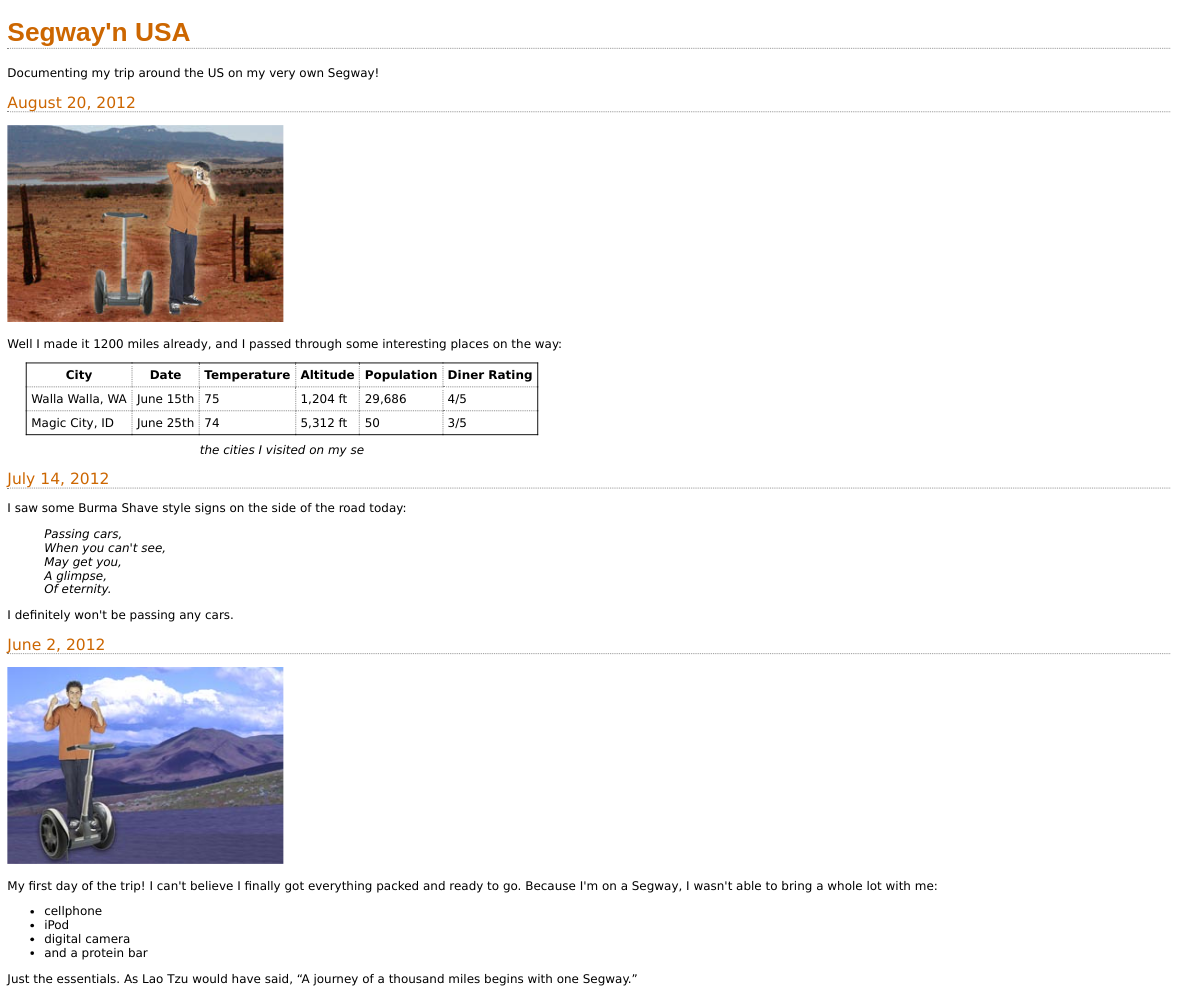
Repository: Dearning/head-first-html-css
Page: chapter13/journal/journal.html
An editor plug-in stored every save of this project. The page is shown before and after the next save, followed by the edit.
The browser window is 1280 px wide. The pictures show the whole page, at 92% of full size.
Some web fonts or font styles are not loaded; a fallback is used.

Above is the page before, as saved 2021-09-29 11:57:10.

### chapter13/journal/journal.html
<!DOCTYPE html>
<html>
  <head>
    <meta charset="utf-8">
    <title>My Trip Around the USA on a Segway</title>
    <link type="text/css" rel="stylesheet" href="journal.css">
  </head>
  <body>

    <h1>Segway'n USA</h1>
    <p>
      Documenting my trip around the US on my very own Segway!
    </p>

    <h2>August 20, 2012</h2>
    <p><img src="images/segway2.jpg" alt="Me any my Segway in New Mexico"></p>
    <p>
      Well I made it 1200 miles already, and I passed
      through some interesting places on the way:
    </p>
    <table>
      <caption>
        the cities I visited on my se
      </caption>
      <tr>
        <th>City</th>
        <th>Date</thshengdu >
        <th>Temperature</th>
        <th>Altitude</th>
        <th>Population</th>
        <th>Diner Rating</th>
      </tr>
      <tr>
        <td>Walla Walla, WA</td>
        <td class="mid">June 15th</td>
        <td class="mid">75</td>
        <td class="right">1,204 ft</td>
        <td class="right">29,686</td>
        <td class="mid">4/5</td>
      </tr>
      <tr>
        <td>Magic City, ID</td>
        <td class="mid">June 25th</td>
        <td class="mid">74</td>
        <td class="right">5,312 ft</td>
        <td class="right">50</td>
        <td class="mid">3/5</td>
      </tr>
    </table>

    <h2>July 14, 2012</h2>
    <p>
      I saw some Burma Shave style signs on the side of the
      road today:
    </p>
    <blockquote>
      <p>
      Passing cars, <br>
      When you can't see, <br>
      May get you, <br>
      A glimpse, <br>
      Of eternity. <br>
      </p>
    </blockquote>
    <p>
      I definitely won't be passing any cars.
    </p>

    <h2>June 2, 2012</h2>
    <p><img src="images/segway1.jpg" alt="The first day of the trip"></p>
    <p>
      My first day of the trip!  I can't believe I finally got
      everything packed and ready to go.  Because I'm on a Segway,
      I wasn't able to bring a whole lot with me:
    </p>
    <ul>
      <li>cellphone</li>
      <li>iPod</li>
      <li>digital camera</li>
      <li>and a protein bar</li>
    </ul>
    <p>
       Just the essentials.  As
      Lao Tzu would have said, <q>A journey of a
      thousand miles begins with one Segway.</q>
    </p>
<!--
	<p>
	  To do list:
	</p>
	<ul>
	  <li>Charge Segway</li>
	  <li>Pack for trip
		<ul>
		<li>cellphone</li>
		<li>iPod</li>
		<li>digital camera</li>
		<li>a protein bar</li>
		</ul>
	  </li>
	</ul>
-->
  </body>
</html>

### chapter13/journal/journal.css
@font-face {
	font-family: "Emblema One";
	src: url("http://wickedlysmart.com/hfhtmlcss/chapter8/journal/EmblemaOne-Regular.woff"),
	     url("http://wickedlysmart.com/hfhtmlcss/chapter8/journal/EmblemaOne-Regular.ttf");
}
body {
  font-family:     Verdana, Geneva, Arial, sans-serif;
  font-size:       small;
}
h1, h2 {
  color:           #cc6600;
  border-bottom:   thin dotted #888888;
}
h1 {
  font-family:     "Emblema One", sans-serif;
  font-size:       220%;
}
h2 {
  font-size:       130%;
  font-weight:     normal;
}
blockquote {
  font-style:      italic;
}
table{
  margin-left: 20px;
  margin-right: 20px;
  border: thin solid black;
  caption-side: bottom;
  /* border-spacing: 0px; */
  border-collapse: collapse;
}
td, th{
  border: thin dotted gray;
  padding: 5px;
}
caption{
  font-style: italic;
  padding-top: 8px;
}

After the next save:
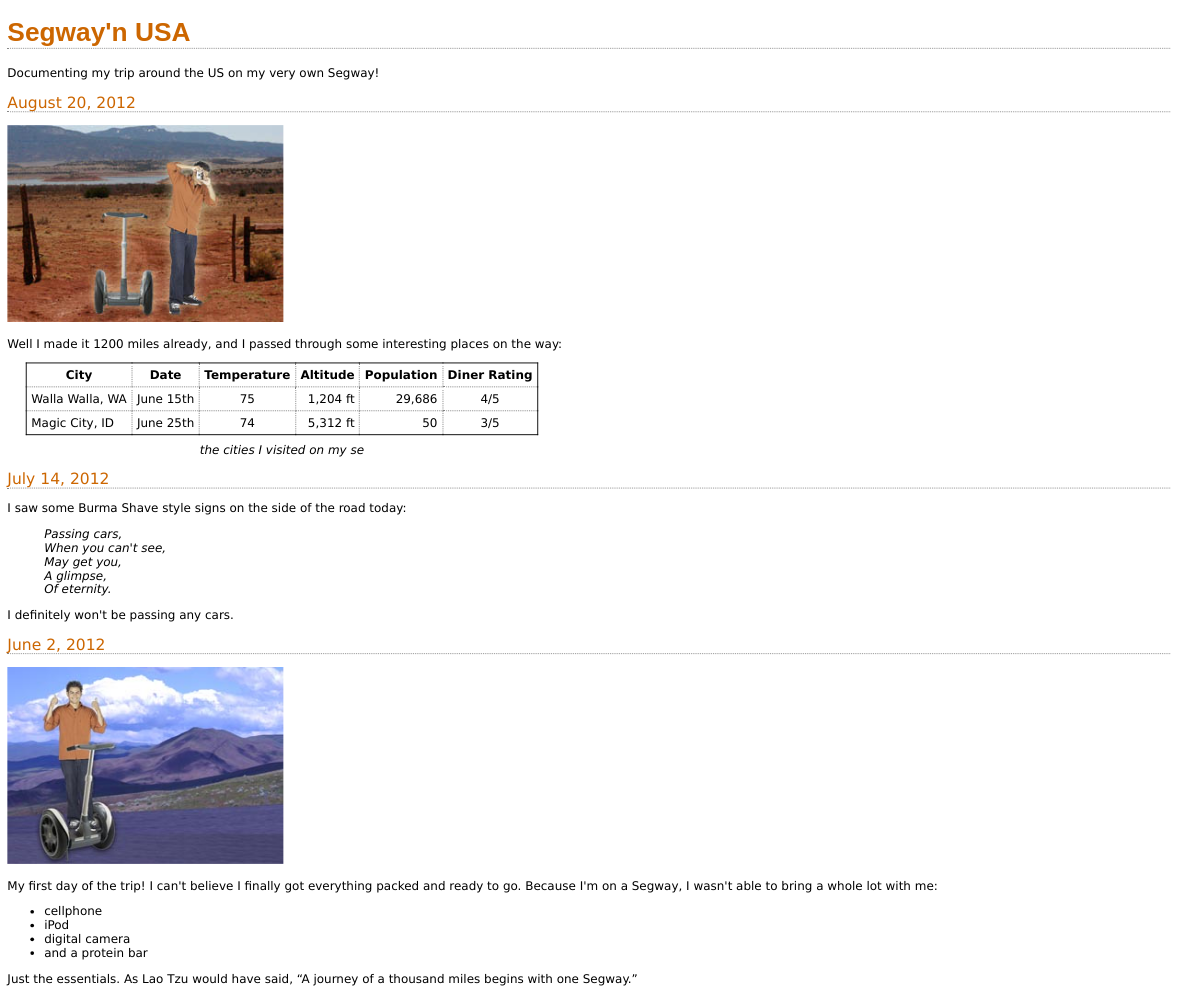
Saved 87 s later.
--- a/chapter13/journal/journal.css
+++ b/chapter13/journal/journal.css
@@ -38,3 +38,9 @@
   font-style: italic;
   padding-top: 8px;
 }
+.mid{
+  text-align: center;
+}
+.right{
+  text-align: right;
+}
